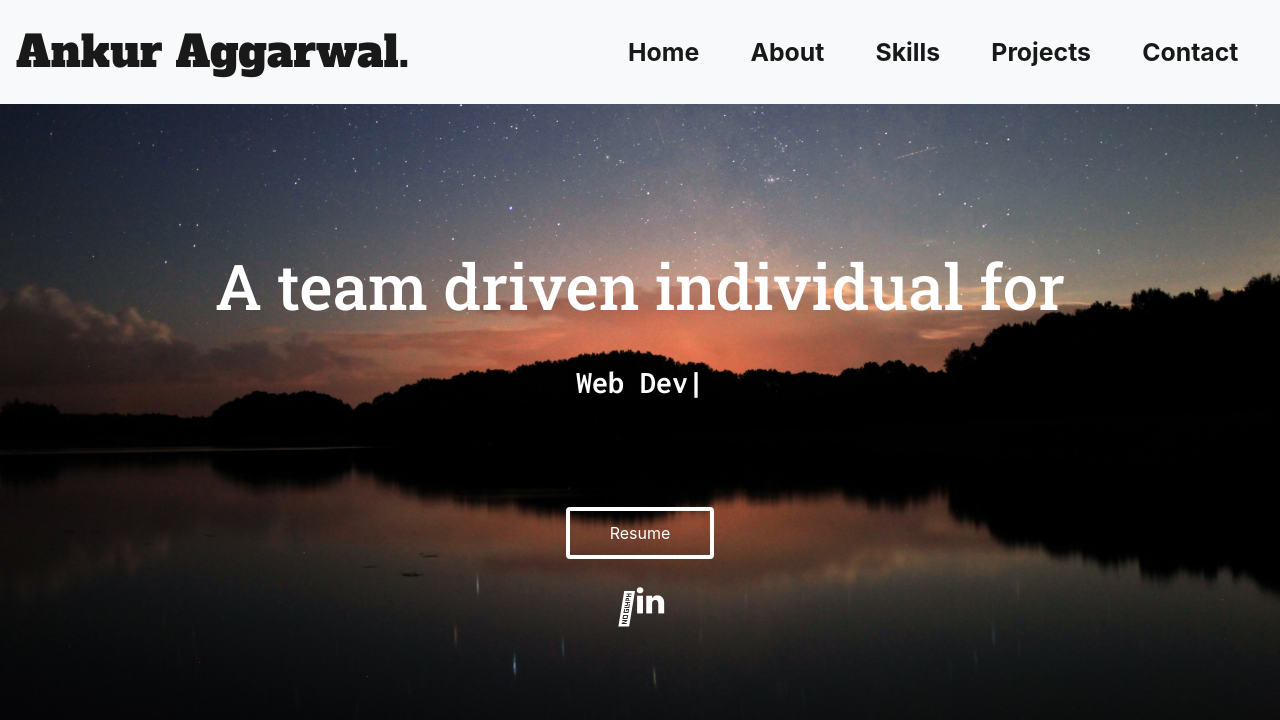
Repository: AnkurDevv/PersonalWebsite
Page: index.html
These files come from the project's save history. The page is drawn as it stood at one moment and after the next save; the edit follows.
The browser window is 1280 px wide. The pictures show the whole page.

Above is the page before, as saved 2020-09-13 16:03:57.

After the next save:
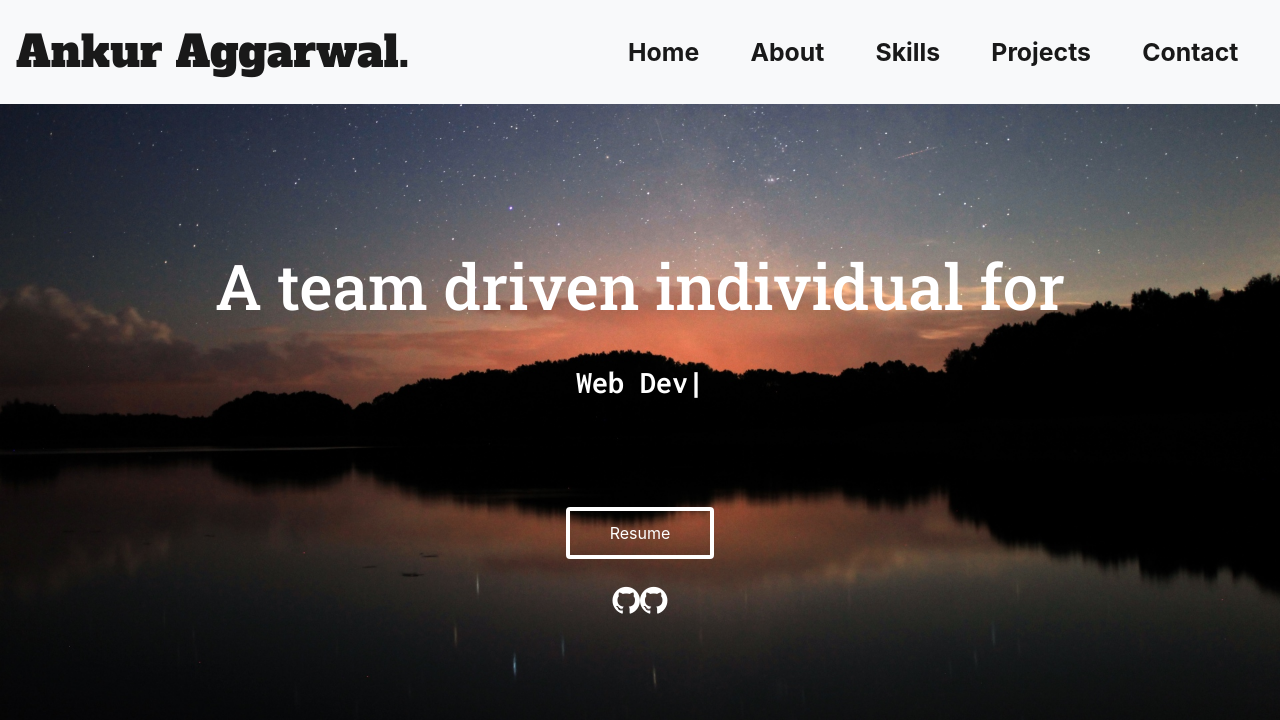
Saved 16 s later.
--- a/index.html
+++ b/index.html
@@ -88,11 +88,10 @@
       <!-- SOCIAL LINKS -->
       <div class="socialLinksDiv">
         <!-- github link -->
-        <a href="https://github.com/AnkurDevv" target="blank" class="social-link"><i
-            class="fa-github fa-2x text-white"></i></a>
+        <a href="https://github.com/AnkurDevv" target="blank"><i class="fa fa-github fa-2x text-white"></i></a>
         <!-- linkedin link -->
-        <a href="https://www.linkedin.com/in/ankur-aggarwal2112/" target="blank" class="social-link"><i
-            class="fa fa-linkedin fa-2x text-white"></i></a>
+        <a href="https://www.linkedin.com/in/ankur-aggarwal2112/" target="blank"><i
+            class="fa fa-github fa-2x text-white"></i></a>
       </div>
 
     </section>
